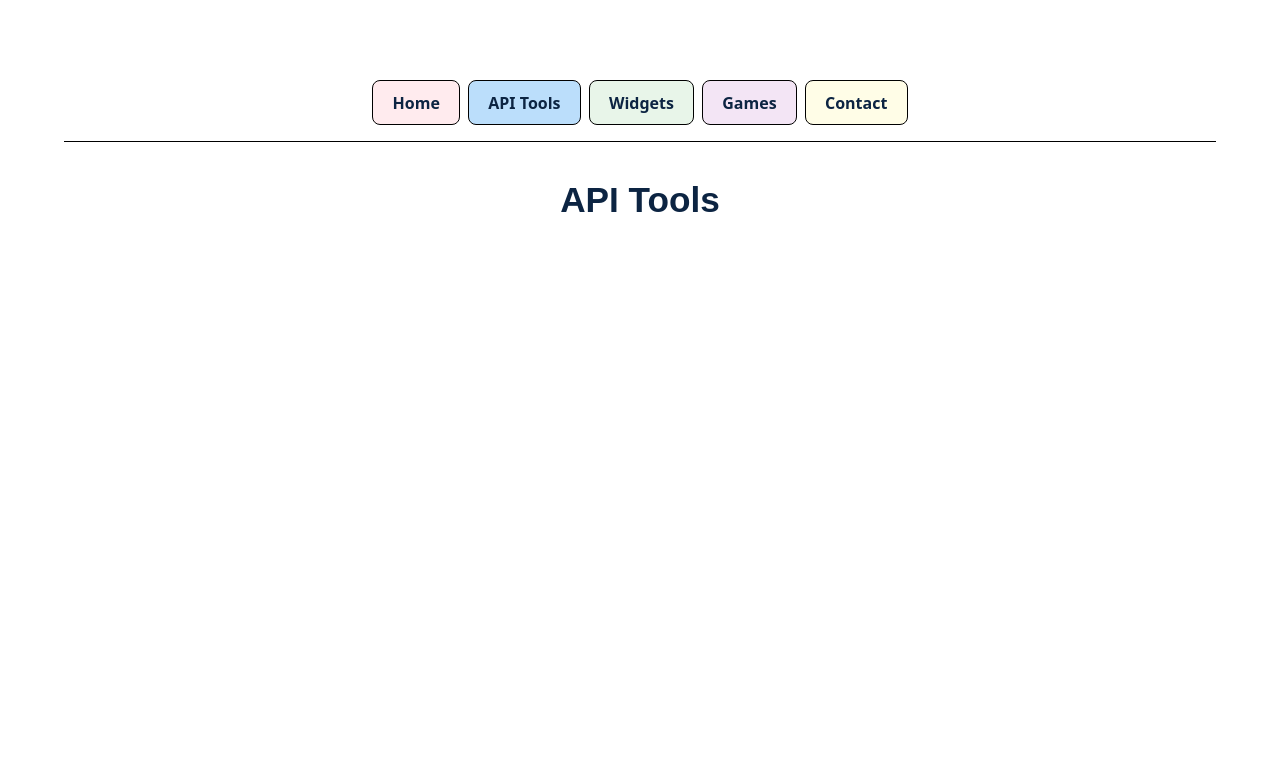
Repository: ourshadetree/TimPortfolio
Page: /api-tools
An editor plug-in stored every save of this project. The page is shown before and after the next save, followed by the edit.
The browser window is 1280 px wide. The pictures show the whole page.
The page's requests for data from a server got no answer. The project was rebuilt for these pictures with package versions that can differ from the ones it lists, and the page was loaded fresh each time. No one was signed in, and anything a server would have sent is missing. Also part of the build but not shown: vite.config.js, src/views/HomeView.vue, src/views/Widgets.vue, src/views/Games.vue, src/views/Contact.vue.

Above is the page before, as saved 2025-05-07 13:37:35.

### src/main.js
// src/main.js
import { createApp } from 'vue'
import App        from './App.vue'
import { router } from './router'
import './assets/style.css'         // your reset / base styles

createApp(App)
  .use(router)
  .mount('#app')

### src/App.vue
<!-- src/App.vue -->
<template>
  <div id="app">
    <header>
      <nav>
        <router-link to="/"       class="tab tab--home">Home</router-link>
        <router-link to="/api-tools" class="tab tab--api">API Tools</router-link>
        <router-link to="/widgets"   class="tab tab--widgets">Widgets</router-link>
        <router-link to="/games"     class="tab tab--games">Games</router-link>
        <router-link to="/contact"   class="tab tab--contact">Contact</router-link>
      </nav>
    </header>
    <main>
      <router-view/>
    </main>
  </div>
</template>


<script setup>
// no script needed here yet
</script>

<style>
#app {
  background: white;
  min-height: 100vh;
}

/* header/nav styling */
header {
  padding: 1rem;
  border-bottom: 1px solid black;
  text-align: center;
}
nav {
  display: inline-flex;
  gap: 0.5rem;
}
nav a {
  padding: 0.5rem 1rem;
  border: 1px solid black;
  border-radius: 8px;
  background: #FDEFF9; /* pastel pink */
  color: #0C2442;
  text-decoration: none;
  font-weight: bold;
}
nav a.router-link-active {
  background: yellow; /* pastel blue when active */
}

/* base tab style */
.tab {
  padding: 0.6rem 1.2rem;
  border: 1px solid #000;
  border-radius: 8px;
  text-decoration: none;
  font-weight: bold;
  color: #0C2442;
  transition: opacity .2s;
}
.tab:hover {
  opacity: 0.8;
}

/* pastel colours for each */
.tab--home     { background: #FFEBEE; } /* very light pink */
.tab--api      { background: #E3F2FD; } /* very light blue */
.tab--widgets  { background: #E8F5E9; } /* very light green */
.tab--games    { background: #F3E5F5; } /* very light purple */
.tab--contact  { background: #FFFDE7; } /* very light yellow */

</style>

### src/router/index.js
// src/router/index.js
import { createRouter, createWebHistory } from 'vue-router'
import HomeView    from '../views/HomeView.vue'
import ApiTools    from '../views/ApiTools.vue'
import Widgets     from '../views/Widgets.vue'
import Games       from '../views/Games.vue'
import Contact     from '../views/Contact.vue'

const routes = [
  { path: '/',           name: 'Home',      component: HomeView },
  { path: '/api-tools',   name: 'API Tools', component: ApiTools },
  { path: '/widgets',     name: 'Widgets',   component: Widgets },
  { path: '/games',       name: 'Games',     component: Games },
  { path: '/contact',     name: 'Contact',   component: Contact },
]

export const router = createRouter({
  history: createWebHistory(),
  routes,
})

### src/assets/style.css
/* ------------------------------------------------------------------------
   src/assets/style.css
   ————————————————————————————————————————————————————————————————
   1) Reset / base
   2) Layout (#app, header/nav)
   3) Typography (h1)
   4) Tabs (.tab, .tab--*)
   5) Buttons, links, etc.
   ------------------------------------------------------------------------ */

/* 1) -------- Reset / Base -------- */
:root {
  /* overall color scheme */
  background-color: #ffffff;
  color: #0C2442; /* dark blue text */
  font-family: Karla, system-ui, sans-serif;
  line-height: 1.5;
}

*,
*::before,
*::after {
  box-sizing: border-box;
  margin: 0;
  padding: 0;
}

/* 2) --------#app & header/nav layout -------- */
#app {
  max-width: 1280px;
  margin: 0 auto;
  padding: 2rem;
  text-align: center;
  background: white;
  min-height: 100vh;
}

header {
  padding-bottom: 1rem;
  border-bottom: 1px solid black;
  margin-bottom: 2rem;
}

nav {
  display: inline-flex;
  gap: 0.5rem;
}

/* 3) -------- Typography -------- */
#app h1 {
  font-family: 'Sora', sans-serif;
  font-size: 2.2rem;
  font-weight: 900;
  margin: 1rem 0;
}

/* 4) -------- Tabs -------- */
.tab {
  display: inline-block;
  padding: 0.6rem 1.2rem;
  border: 1px solid black;
  border-radius: 8px;
  text-decoration: none;
  font-weight: bold;
  color: #0C2442;
  transition: opacity 0.2s;
}
.tab:hover {
  opacity: 0.8;
}

/* Pastel for each */
.tab--home     { background: #FFEBEE; } /* very light pink */
.tab--api      { background: #E3F2FD; } /* very light blue */
.tab--widgets  { background: #E8F5E9; } /* very light green */
.tab--games    { background: #F3E5F5; } /* very light purple */
.tab--contact  { background: #FFFDE7; } /* very light yellow */

/* Active tab override */
.router-link-active {
  /* pastel‑blue highlight for whichever is active */
  background: #BBDEFB !important;
}

/* 5) -------- Buttons & Links -------- */
button {
  border-radius: 8px;
  border: 1px solid black;
  padding: 0.6rem 1.2rem;
  font: inherit;
  background: #f0f0f0;
  cursor: pointer;
  transition: background 0.2s;
}
button:hover {
  background: #e0e0e0;
}

a {
  color: inherit;
  text-decoration: none;
}

### src/views/ApiTools.vue
<!-- src/views/ApiTools.vue -->
<template><section><h1>API Tools</h1></section></template>
<script setup></script>
<style scoped></style>

### src/components/MovieApi.vue
<template>
    <div class="movie-api">
      <h2>Search Movies</h2>

      <form @submit.prevent="searchMovies">
        <input
          v-model="searchQuery"
          type="text"
          placeholder="Enter movie title…"
        />
        <button type="submit">Search</button>
      </form>

      <div v-if="loading">Loading…</div>
      <div v-if="error" class="error">{{ error }}</div>

      <div v-if="movies.length" class="movies-grid">
        <div v-for="movie in movies" :key="movie.id" class="movie-card">
          <img
            v-if="movie.poster_path"
            :src="`https://image.tmdb.org/t/p/w200${movie.poster_path}`"
            :alt="movie.title"
          />
          <div class="movie-info">
            <h3>{{ movie.title }}</h3>
            <p class="release-date">{{ movie.release_date }}</p>
            <p class="overview">{{ movie.overview }}</p>
          </div>
        </div>
      </div>

      <div v-else-if="!loading && !error" class="no-results">
        No results found.
      </div>
    </div>
  </template>

  <script setup>
  import { ref } from 'vue'

  // Put your TMDb API key in a .env (e.g. VITE_TMDB_API_KEY)
  // Fallback to placeholder if you haven’t set one up yet
  const API_KEY = import.meta.env.VITE_TMDB_API_KEY || 'YOUR_API_KEY'
  const BASE_URL = 'https://api.themoviedb.org/3/search/movie'

  const searchQuery = ref('')
  const movies      = ref([])
  const loading     = ref(false)
  const error       = ref('')

  async function searchMovies() {
    if (!searchQuery.value.trim()) {
      movies.value = []
      return
    }

    loading.value = true
    error.value   = ''
    movies.value  = []

    try {
      const url = `${BASE_URL}?api_key=${API_KEY}&query=${encodeURIComponent(
        searchQuery.value
      )}`
      const res = await fetch(url)
      const data = await res.json()

      if (!res.ok) {
        throw new Error(data.status_message || 'Error fetching movies.')
      }
      movies.value = data.results
    } catch (err) {
      error.value = err.message || 'Network error.'
    } finally {
      loading.value = false
    }
  }
  </script>

  <style scoped>
  .movie-api {
    text-align: left;
    max-width: 800px;
    margin: 0 auto;
  }

  .movie-api form {
    display: flex;
    gap: 0.5rem;
    margin-bottom: 1.5rem;
    justify-content: center;
  }

  .movie-api input[type="text"] {
    flex: 1;
    padding: 0.6rem 1rem;
    border: 1px solid #0C2442;
    border-radius: 8px;
    font: inherit;
  }

  .movies-grid {
    display: grid;
    grid-template-columns: repeat(auto-fill, minmax(180px, 1fr));
    gap: 1rem;
  }

  .movie-card {
    border: 1px solid #ddd;
    border-radius: 8px;
    overflow: hidden;
    background: #f9f9f9;
  }

  .movie-card img {
    width: 100%;
    display: block;
  }

  .movie-info {
    padding: 0.5rem;
  }

  .movie-info h3 {
    margin-bottom: 0.25rem;
    font-size: 1.1rem;
  }

  .release-date {
    font-size: 0.9rem;
    color: #555;
    margin-bottom: 0.5rem;
  }

  .overview {
    font-size: 0.85rem;
    line-height: 1.3;
    max-height: 4.5rem;
    overflow: hidden;
  }

  .error {
    color: #c00;
    text-align: center;
    margin-bottom: 1rem;
  }

  .no-results {
    font-style: italic;
    text-align: center;
  }
  </style>

Loaded but not shown: index.html (common file)

After the next save:
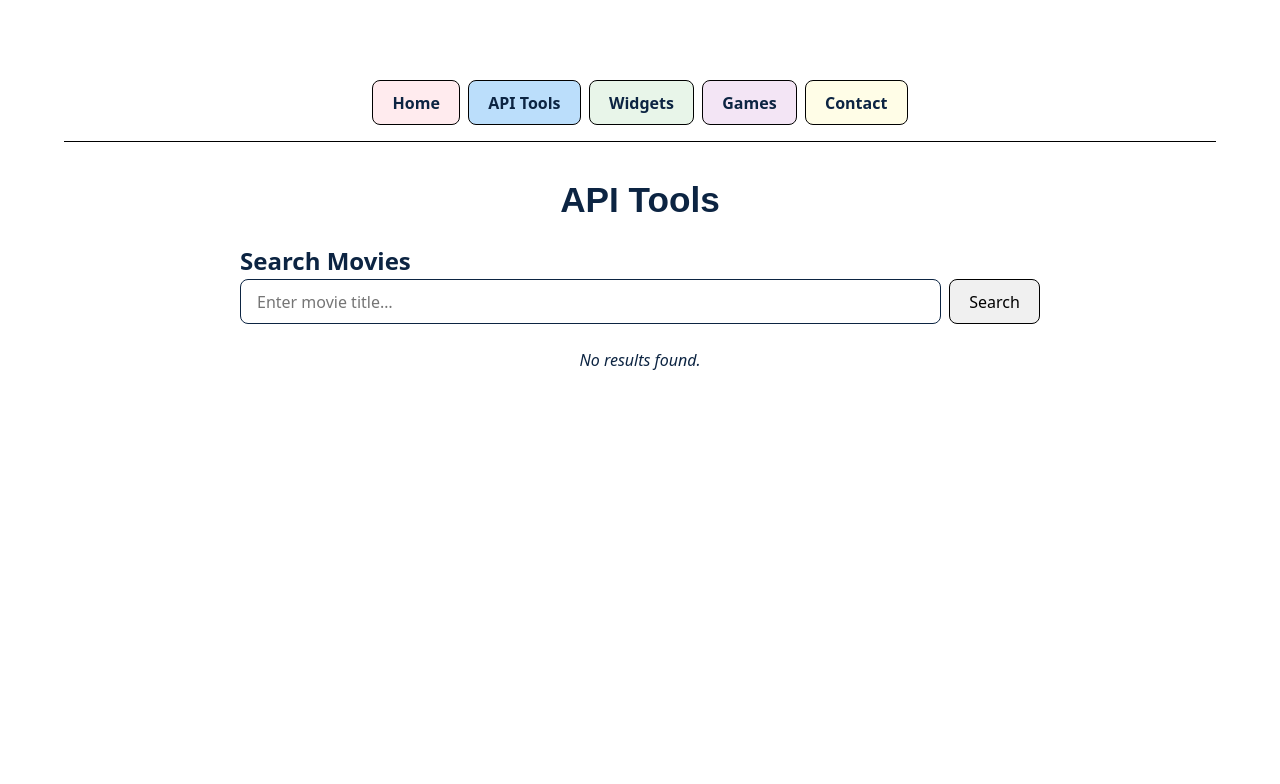
Saved 5 min 21 s later.
--- a/src/views/ApiTools.vue
+++ b/src/views/ApiTools.vue
@@ -1,4 +1,14 @@
 <!-- src/views/ApiTools.vue -->
-<template><section><h1>API Tools</h1></section></template>
-<script setup></script>
+<template>
+    <section>
+        <h1>API Tools</h1>
+    </section>
+    <MovieApi />
+</template>
+
+<script setup>
+import MovieApi from '@/components/MovieApi.vue';
+
+</script>
+
 <style scoped></style>
